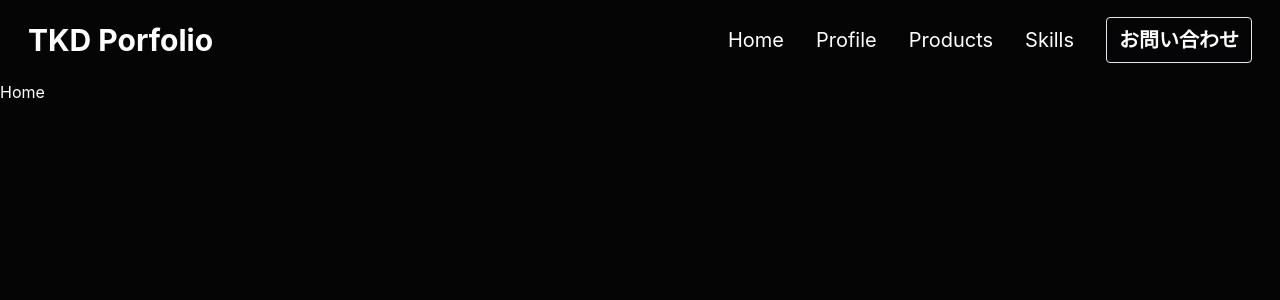
Repository: MitukiTakada/todo-aplication
Page: / (app in design/dev/react-tailwind/react-tailwind/)
These files come from the project's save history. The page is drawn as it stood at one moment and after the next save; the edit follows.
The browser window is 1280 px wide. The pictures show the whole page.
The project was rebuilt for these pictures with package versions that can differ from the ones it lists, and the page was loaded fresh each time. Also part of the build but not shown: design/dev/react-tailwind/react-tailwind/src/components/Products.jsx, design/dev/react-tailwind/react-tailwind/src/components/Profile.jsx, design/dev/react-tailwind/react-tailwind/src/components/Skills.jsx.

Above is the page before, as saved 2022-11-16 17:22:41.

After the next save:
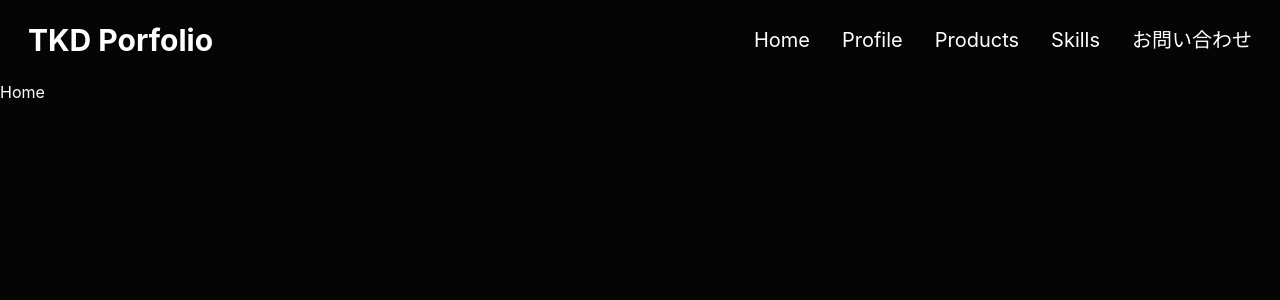
Saved 22 s later.
--- a/design/dev/react-tailwind/react-tailwind/src/components/output.css
+++ b/design/dev/react-tailwind/react-tailwind/src/components/output.css
@@ -1,6 +1,7 @@
 .link {
   @apply hover:text-purple-400 transition-all duration-300;
 }
+.
 .contact-btn {
   @apply bg-transparent font-bold text-xl px-3 py-2 rounded border
 }
